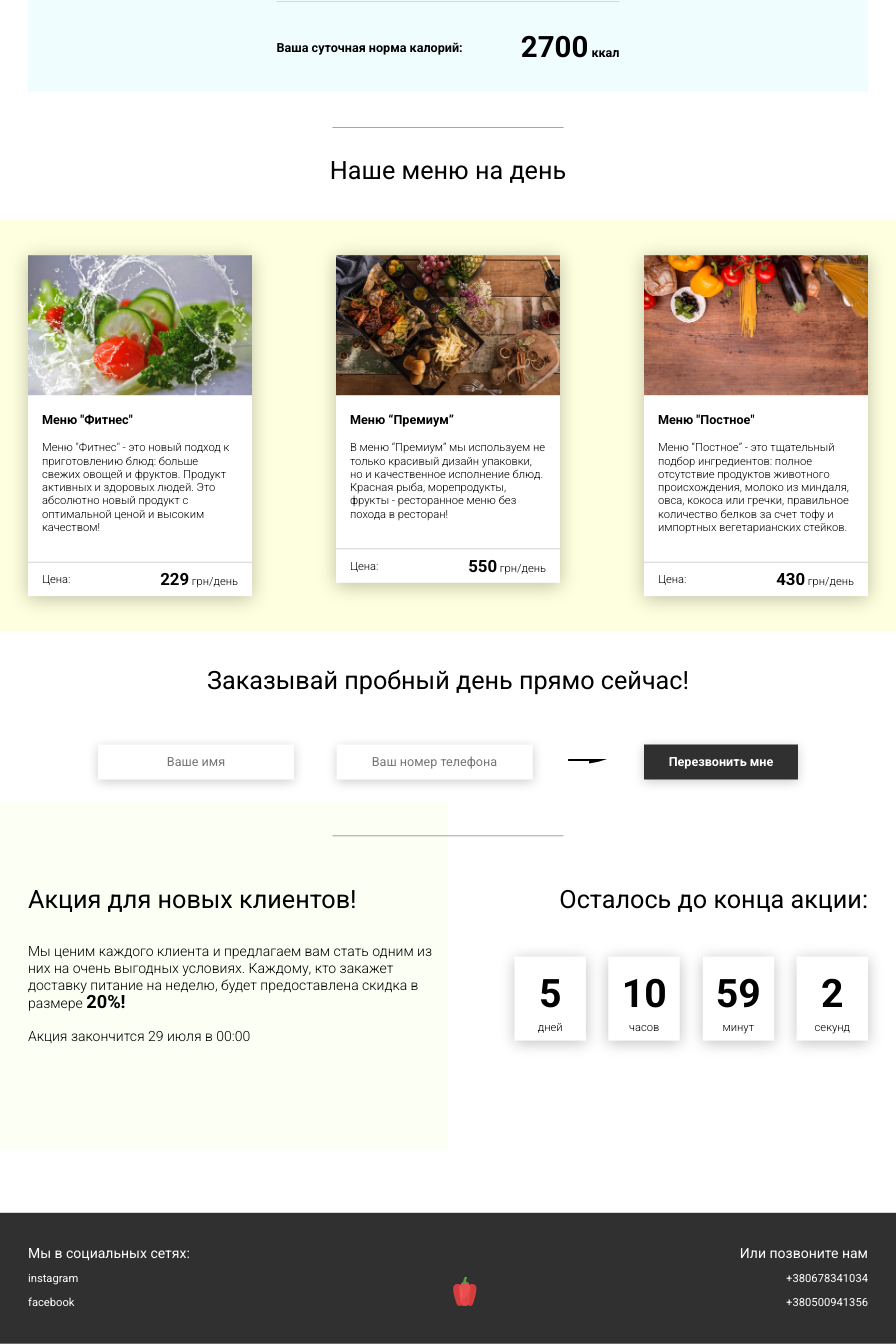
Repository: ne-comilfo/food
Page: index.html
These files come from the project's save history. The page is drawn as it stood at one moment and after the next save; the edit follows.
The browser window is 1280 px wide. The pictures show the part of the page from y = 2331 to 4251 px (the page is 4251 px tall), at 70% of full size.

Above is the page before, as saved 2025-07-23 13:02:44.

### index.html
<!DOCTYPE html>
<html lang="en">

<head>
    <meta charset="UTF-8">
    <meta name="viewport" content="width=device-width, initial-scale=1.0">
    <title>Food</title>
    <link rel="stylesheet" href="css/style.css">
</head>

<body>
    <header class="header">
        <div class="header__left-block">
            <div class="header__logo">
                <img src="icons/logo.svg" alt="Логотип">
            </div>
            <nav class="header__links">
                <a href="#" class="header__link">Доставка питания</a>
                <a href="#" class="header__link">Второй пункт</a>
            </nav>
        </div>
        <div class="header__right-block">
            <button class="btn btn_white">Связаться с нами</button>
        </div>
    </header>
    <div class="sidepanel">
        <div class="sidepanel__text"><span>Социальные сети</span></div>
        <div class="sidepanel__divider"></div>
        <a href="#" class="sidepanel__icon">
            <img src="icons/instagram.svg" alt="instagram">
        </a>
        <a href="#" class="sidepanel__icon">
            <img src="icons/facebook.svg" alt="facebook">
        </a>
    </div>

    <div class="preview">
        <div class="bgc_blue"></div>
        <div class="container">
            <div class="tabcontainer">
                <div class="tabcontent">
                    <img src="img/tabs/vegy.jpg" alt="vegy">
                    <div class="tabcontent__descr">
                        Меню "Фитнес" - это новый подход к приготовлению блюд: больше свежих овощей и фруктов. Для
                        людей, которые интересуются спортом; активных и здоровых. Это абсолютно новый продукт с
                        оптимальной ценой и высоким качеством!
                    </div>
                </div>
                <div class="tabcontent">
                    <img src="img/tabs/elite.jpg" alt="elite">
                    <div class="tabcontent__descr">
                        Меню “Премиум” - мы используем не только красивый дизайн упаковки, но и качественное исполнение
                        блюд. Красная рыба, морепродукты, фрукты - ресторанное меню без похода в ресторан!
                    </div>
                </div>
                <div class="tabcontent">
                    <img src="img/tabs/post.jpg" alt="post">
                    <div class="tabcontent__descr">
                        Наше специальное “Постное меню” - это тщательный подбор ингредиентов: полное отсутствие
                        продуктов животного происхождения. Полная гармония с собой и природой в каждом элементе! Все
                        будет Ом!
                    </div>
                </div>
                <div class="tabcontent">
                    <img src="img/tabs/vegy.jpg" alt="vegy">
                    <div class="tabcontent__descr">
                        Меню "Сбалансированное" - это соответствие вашего рациона всем научным рекомендациям. Мы
                        тщательно просчитываем вашу потребность в к/б/ж/у и создаем лучшие блюда для вас.
                    </div>
                </div>
                <div class="tabheader">
                    <h3>Выберите стиль питания</h3>
                    <div class="tabheader__items">
                        <div class="tabheader__item tabheader__item_active">Фитнес</div>
                        <div class="tabheader__item">Премиум</div>
                        <div class="tabheader__item">Постное</div>
                        <div class="tabheader__item">Сбалансированное</div>
                    </div>
                </div>
            </div>
            <div class="preview__life">Живи полной жизнью!</div>
        </div>
    </div>

    <div class="divider"></div>

    <div class="offer">
        <div class="bgc_y"></div>
        <div class="container">
            <div class="offer__text">
                <h2 class="title">Что мы можем вам предложить?</h2>
                <div class="offer__descr">
                    Наша основная идея - это правильное питание. Оно может быть простым и вкусным. Мы не просто
                    доставка, мы сервис! Мы взяли на себя все расчеты БЖУ, калорийности, объемов порций и прочие важные,
                    но скучные аспекты. Вам остается только полезная, сытная и правильная еда, которую мы привозим прямо
                    под дверь.
                </div>
            </div>
            <div class="offer__action">
                <button class="btn btn_dark">Связаться с нами</button>
            </div>
        </div>
        <div class="container">
            <div class="offer__advantages">
                <h2>Быстро и полезно</h2>
                <div class="offer__advantages-text">
                    Готовка дома занимает много сил, времени и нервов. Мы привозим еду сразу на целый день, и ты можешь
                    действовать так, как тебе удобно, не подстраиваясь ни под кого и будучи уверенным в качестве
                    продукта!
                </div>
                <h2>Правильный рацион</h2>
                <div class="offer__advantages-text">
                    Мы разработали специальное меню, где учтены все нюансы правильного питания, от баланса БЖУ до их
                    приготовления и дробления рациона.
                </div>
            </div>
            <div class="offer__slider">
                <div class="offer__slider-counter">
                    <div class="offer__slider-prev">
                        <img src="icons/left.svg" alt="prev">
                    </div>
                    <span id="current">03</span>
                    /
                    <span id="total">04</span>
                    <div class="offer__slider-next">
                        <img src="icons/right.svg" alt="next">
                    </div>
                </div>
                <div class="offer__slider-wrapper">
                    <div class="offer__slide">
                        <img src="img/slider/pepper.jpg" alt="pepper">
                    </div>
                    <!-- <div class="offer__slide">
                        <img src="img/slider/food-12.jpg" alt="food">
                    </div>
                    <div class="offer__slide">
                        <img src="img/slider/olive-oil.jpg" alt="oil">
                    </div>
                    <div class="offer__slide">
                        <img src="img/slider/paprika.jpg" alt="paprika">
                    </div> -->
                </div>
            </div>
        </div>
    </div>

    <div class="divider"></div>

    <div class="calculating">
        <div class="container">
            <h2 class="title">Рассчитаем вашу потребность в калориях?
            </h2>
            <div class="calculating__field">
                <div class="calculating__subtitle">
                    Ваш пол
                </div>
                <div class="calculating__choose" id="gender">
                    <div class="calculating__choose-item calculating__choose-item_active">Женщина</div>
                    <div class="calculating__choose-item">Мужчина</div>
                </div>

                <div class="calculating__subtitle">
                    Ваша конституция
                </div>
                <div class="calculating__choose calculating__choose_medium">
                    <input type="text" id="height" placeholder="Введите рост" class="calculating__choose-item">
                    <input type="text" id="weight" placeholder="Введите вес" class="calculating__choose-item">
                    <input type="text" id="age" placeholder="Введите возраст" class="calculating__choose-item">
                </div>

                <div class="calculating__subtitle">
                    Выберите вашу физическая активность
                </div>
                <div class="calculating__choose calculating__choose_big">
                    <div id="low" class="calculating__choose-item">Низкая активность </div>
                    <div id="small" class="calculating__choose-item calculating__choose-item_active">Невысокая
                        активность</div>
                    <div id="medium" class="calculating__choose-item">Умеренная активность</div>
                    <div id="high" class="calculating__choose-item">Высокая активность</div>
                </div>

                <div class="calculating__divider"></div>

                <div class="calculating__total">
                    <div class="calculating__subtitle">
                        Ваша суточная норма калорий:
                    </div>
                    <div class="calculating__result">
                        <span>2700</span> ккал
                    </div>
                </div>
            </div>
        </div>
    </div>

    <div class="divider"></div>

    <div class="menu">
        <h2 class="title">Наше меню на день</h2>

        <div class="menu__field">
            <div class="container">
                <div class="menu__item">
                    <img src="img/tabs/vegy.jpg" alt="vegy">
                    <h3 class="menu__item-subtitle">Меню "Фитнес"</h3>
                    <div class="menu__item-descr">Меню "Фитнес" - это новый подход к приготовлению блюд: больше свежих
                        овощей и фруктов. Продукт активных и здоровых людей. Это абсолютно новый продукт с оптимальной
                        ценой и высоким качеством!</div>
                    <div class="menu__item-divider"></div>
                    <div class="menu__item-price">
                        <div class="menu__item-cost">Цена:</div>
                        <div class="menu__item-total"><span>229</span> грн/день</div>
                    </div>
                </div>
                <div class="menu__item">
                    <img src="img/tabs/elite.jpg" alt="elite">
                    <h3 class="menu__item-subtitle">Меню “Премиум”</h3>
                    <div class="menu__item-descr">В меню “Премиум” мы используем не только красивый дизайн упаковки, но
                        и качественное исполнение блюд. Красная рыба, морепродукты, фрукты - ресторанное меню без похода
                        в ресторан!</div>
                    <div class="menu__item-divider"></div>
                    <div class="menu__item-price">
                        <div class="menu__item-cost">Цена:</div>
                        <div class="menu__item-total"><span>550</span> грн/день</div>
                    </div>
                </div>
                <div class="menu__item">
                    <img src="img/tabs/post.jpg" alt="post">
                    <h3 class="menu__item-subtitle">Меню "Постное"</h3>
                    <div class="menu__item-descr">Меню “Постное” - это тщательный подбор ингредиентов: полное отсутствие
                        продуктов животного происхождения, молоко из миндаля, овса, кокоса или гречки, правильное
                        количество белков за счет тофу и импортных вегетарианских стейков. </div>
                    <div class="menu__item-divider"></div>
                    <div class="menu__item-price">
                        <div class="menu__item-cost">Цена:</div>
                        <div class="menu__item-total"><span>430</span> грн/день</div>
                    </div>
                </div>
            </div>
        </div>
    </div>

    <div class="order">
        <div class="container">
            <div class="title">Заказывай пробный день прямо сейчас!</div>
            <form action="#" class="order__form">
                <input required placeholder="Ваше имя" name="name" type="text" class="order__input">
                <input required placeholder="Ваш номер телефона" name="phone" type="phone" class="order__input">
                <img src="icons/right.svg" alt="right">
                <button class="btn btn_dark btn_min">Перезвонить мне</button>
            </form>
        </div>
    </div>

    <div class="divider"></div>

    <div class="promotion">
        <div class="bgc_y"></div>
        <div class="container">
            <div class="promotion__text">
                <div class="title">Акция для новых клиентов!</div>
                <div class="promotion__descr">
                    Мы ценим каждого клиента и предлагаем вам стать одним из них на очень выгодных условиях.
                    Каждому, кто закажет доставку питание на неделю, будет предоставлена скидка в размере
                    <span>20%!</span>
                    <br><br>
                    Акция закончится 29 июля в 00:00
                </div>
            </div>
            <div class="promotion__timer">
                <div class="title">Осталось до конца акции:</div>
                <div class="timer">
                    <div class="timer__block">
                        <span id="days">12</span>
                        дней
                    </div>
                    <div class="timer__block">
                        <span id="hours">20</span>
                        часов
                    </div>
                    <div class="timer__block">
                        <span id="minutes">56</span>
                        минут
                    </div>
                    <div class="timer__block">
                        <span id="seconds">20</span>
                        секунд
                    </div>
                </div>
            </div>
        </div>
    </div>

    <footer class="footer">
        <div class="container">
            <div class="social">
                <div class="subtitle">Мы в социальных сетях:</div>
                <a href="#" class="link">instagram</a>
                <a href="#" class="link">facebook</a>
            </div>
            <div class="pepper">
                <img src="icons/veg.svg" alt="pepper">
            </div>
            <div class="call">
                <div class="subtitle">Или позвоните нам</div>
                <a href="#" class="link">+380678341034</a>
                <a href="#" class="link">+380500941356</a>
            </div>
        </div>
    </footer>

    <div class="modal">
        <div class="modal__dialog">
            <div class="modal__content">
                <form action="#">
                    <div class="modal__close">&times;</div>
                    <div class="modal__title">Мы свяжемся с вами как можно быстрее!</div>
                    <input required placeholder="Ваше имя" name="name" type="text" class="modal__input">
                    <input required placeholder="Ваш номер телефона" name="phone" type="phone" class="modal__input">
                    <button class="btn btn_dark btn_min">Перезвонить мне</button>
                </form>
            </div>
        </div>
    </div>
    <script src='js/script.js'></script>
</body>

</html>

### js/script.js
document.addEventListener('DOMContentLoaded', () => {

    const tabs = document.querySelectorAll('.tabheader__item'),
        tabContent = document.querySelectorAll('.tabcontent'),
        tabParent = document.querySelector('.tabheader__items');

    function hiddenTabContent() {
        tabContent.forEach(item => {
            item.classList.add('hide');
            item.classList.remove('show', 'fade');
        })
        tabs.forEach(item => {
            item.classList.remove('tabheader__item_active');
        })
    }

    function showTabContent(i = 0) {
        tabContent[i].classList.remove('hide');
        tabContent[i].classList.add('show', 'fade');
        tabs[i].classList.add('tabheader__item_active');
    }

    hiddenTabContent();
    showTabContent();

    tabParent.addEventListener('click', (e) => {
        const target = e.target;
        if (target && target.classList.contains('tabheader__item')) {
            tabs.forEach((item, i) => {
                if (target == item) {
                    hiddenTabContent();
                    showTabContent(i);
                }
            })
        }
    })

    const endData = new Date('2025-07-29'),
        hours = document.querySelector('#hours'),
        days = document.querySelector('#days'),
        minutes = document.querySelector('#minutes'),
        seconds = document.querySelector('#seconds');

    function updateData() {
        const startData = new Date();
        let diffData = endData - startData;
        if (diffData <= 0) {
            days.textContent = '0';
            hours.textContent = '0';
            minutes.textContent = '0';
            seconds.textContent = '0';
            clearInterval(id);
            return;
        }
        const totalSeconds = Math.floor(diffData / 1000);
        days.textContent = Math.floor(totalSeconds / (3600 * 24));
        hours.textContent = Math.floor(totalSeconds / (3600) % 24);
        minutes.textContent = Math.floor(totalSeconds / 60) % 60;
        seconds.textContent = totalSeconds % 60;
    }
    const timerId = setInterval(updateData, 1000);
    updateData();
})

Loaded but not shown: css/style.css (library)

After the next save:
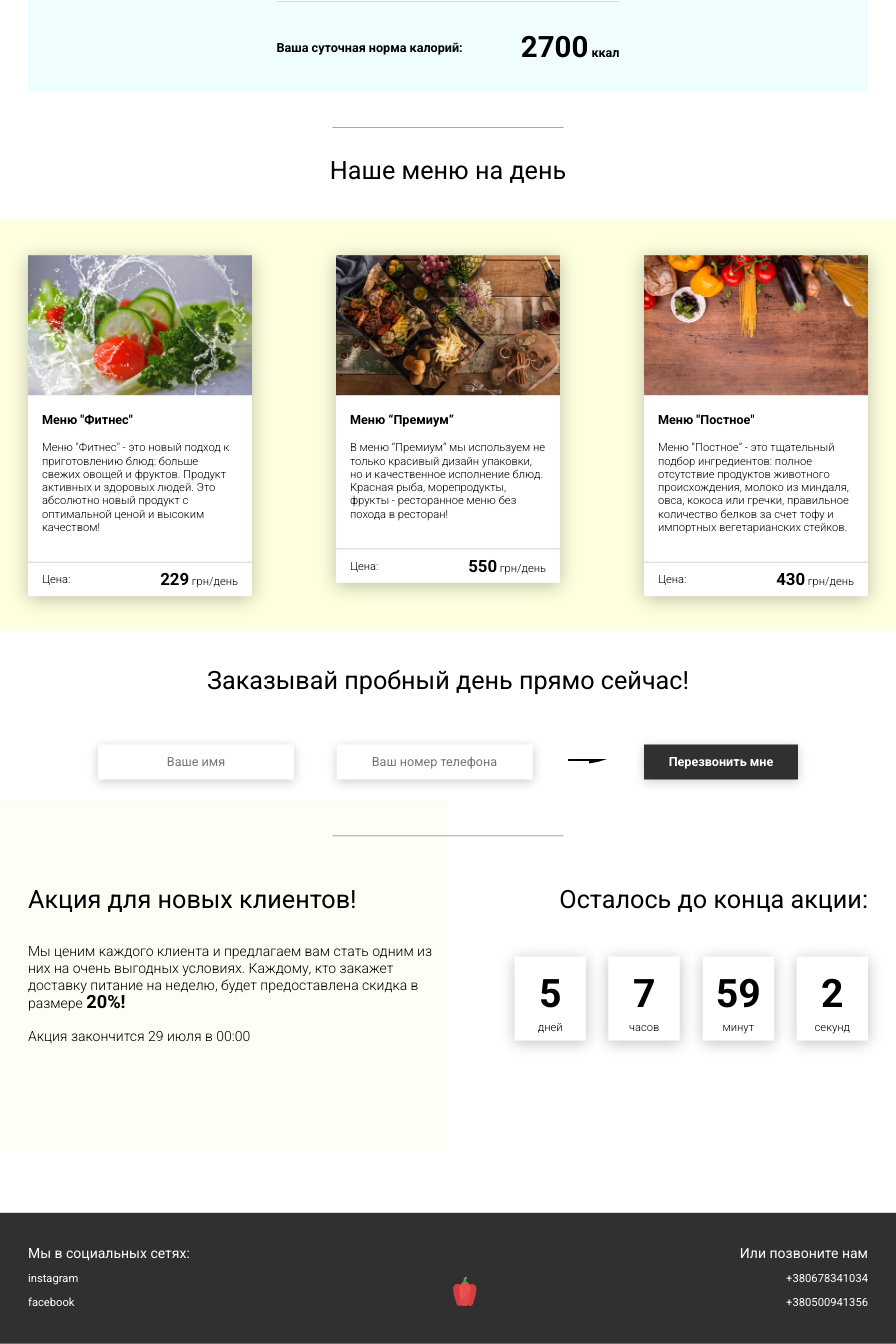
Saved 5 min 24 s later.
--- a/js/script.js
+++ b/js/script.js
@@ -54,7 +54,7 @@
         }
         const totalSeconds = Math.floor(diffData / 1000);
         days.textContent = Math.floor(totalSeconds / (3600 * 24));
-        hours.textContent = Math.floor(totalSeconds / (3600) % 24);
+        hours.textContent = Math.floor(totalSeconds / (3600) % 24) - 3;
         minutes.textContent = Math.floor(totalSeconds / 60) % 60;
         seconds.textContent = totalSeconds % 60;
     }
